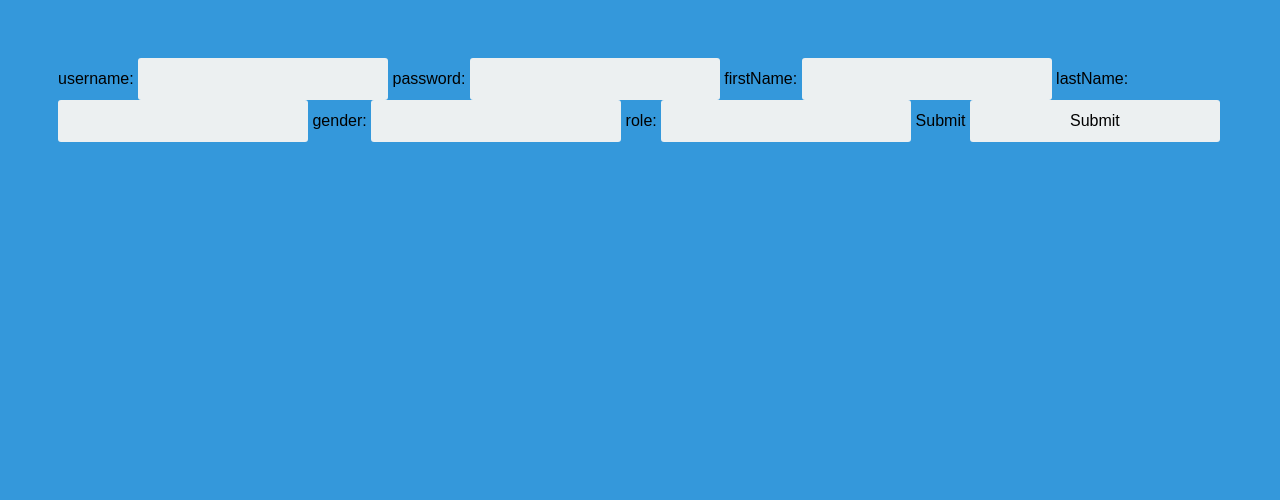
Repository: ash-the-reaper/TaxiRoot
Page: UI/WebContent/dashboard.html
These files come from the project's save history. The page is drawn as it stood at one moment and after the next save; the edit follows.
The browser window is 1280 px wide. The pictures show the whole page.

Above is the page before, as saved 2017-03-14 07:37:14.
Console error: ReferenceError: CONTEXT_PATH is not defined

### UI/WebContent/dashboard.html
<!DOCTYPE html>
<html>
<head lang="en">
	<meta charset="UTF-8">
	<meta http-equiv="pragma" content="no-cache">
	<meta http-equiv="cache-control" content="no-cache">

	<script src="js/angular.min.js"></script>
	<script id="script" src="js/login.js"></script>

	<link rel="stylesheet" type="text/css" href="css/style.css">

	<title>Login Form</title>

</head>
<body ng-app="ngApp" ng-controller="ngCtrl">

<form ng-submit="submit()">

	username: <input type ="text" ng-model = "account.email">

	password: <input type ="text" ng-model = "account.password">

	firstName: <input type ="text"  ng-model = "account.firstName">

	lastName: <input type ="text"  ng-model = "account.lastName">

	gender: <input type ="text" ng-model = "account.gender">

	role: <input type ="text" ng-model = "account.role">

	Submit <input type="submit">

</form>

</body>

</html>

### UI/WebContent/js/login.js
var checkLogin = CONTEXT_PATH+ "account/checkLogin";

var app = angular.module("ngApp", []);
app.controller("ngCtrl", function($scope,$http,$window) {
    $scope.submit = function () {
        $http.post(checkLogin, $scope.account).success(function (response) {
			if (response == true) {
				$window.location.href = '/dashboard.html';
	 		}
			else{
				alert("Wrong username or password");
			}
		});
    }
});

Loaded but not shown: UI/WebContent/js/angular.min.js (library); UI/WebContent/CSS/style.css (common file)

After the next save:
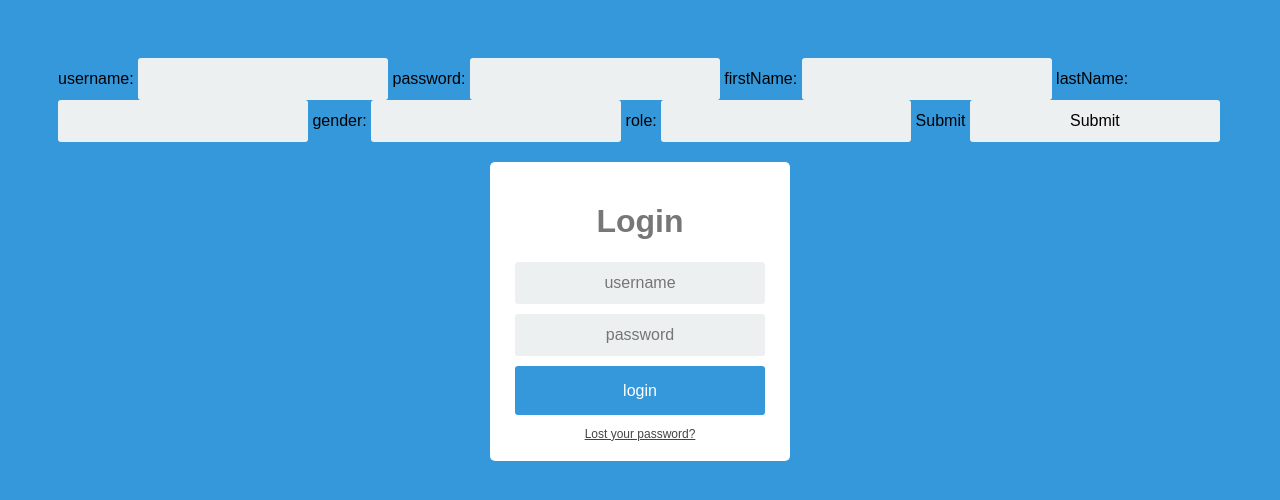
Saved 2 min 48 s later.
--- a/UI/WebContent/dashboard.html
+++ b/UI/WebContent/dashboard.html
@@ -35,4 +35,33 @@
 
 </body>
 
+
+<body ng-app="ngApp" ng-controller="ngCtrl">
+	<div class="login" >
+		<div class="login-screen">
+			<div class="app-title">
+				<h1>Login</h1>
+			</div>
+
+			<form ng-submit="submit()">
+				<div class="login-form">
+					<div class="control-group">
+					<input type="text" class="login-field" value="" placeholder="username" id="login-name" ng-model = "account.email">
+					<label class="login-field-icon fui-user" for="login-name"></label>
+					</div>
+
+					<div class="control-group">
+					<input type="password" class="login-field" value="" placeholder="password" id="login-pass" ng-model = "account.password">
+					<label class="login-field-icon fui-lock" for="login-pass"></label>
+					</div>
+
+					<a class="btn btn-primary btn-large btn-block" href="#">login</a>
+					<a class="login-link" href="#">Lost your password?</a>
+				</div>
+			</form>
+		</div>
+	</div>
+</body>
+
+
 </html>
